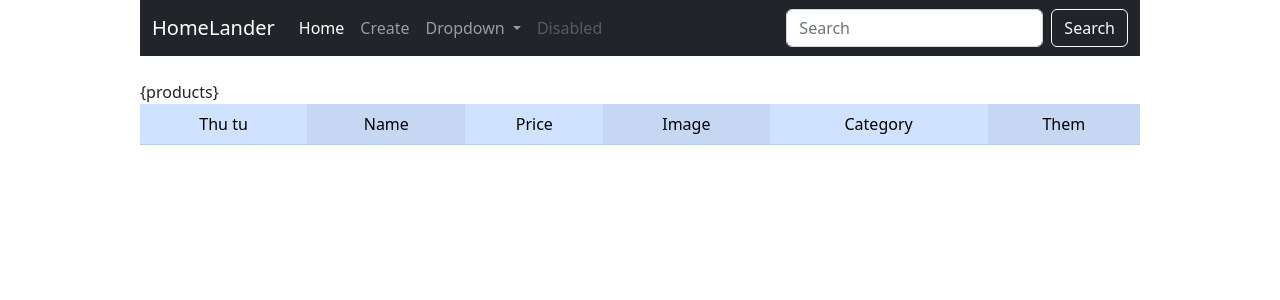
Repository: nguyenhung50497/MD3_CRUD-2Table
Page: src/views/home.html
An editor plug-in stored every save of this project. The page is shown before and after a run of saves, followed by the edit.
The browser window is 1280 px wide. The pictures show the whole page.

Above is the page before, as saved 2022-12-29 08:02:50.

### src/views/home.html
<!doctype html>
<html lang="en">
  <head>
    <meta charset="utf-8">
    <meta name="viewport" content="width=device-width, initial-scale=1">
    <title>Home</title>
    <link href="https://cdn.jsdelivr.net/npm/bootstrap@5.2.3/dist/css/bootstrap.min.css" rel="stylesheet" integrity="sha384-rbsA2VBKQhggwzxH7pPCaAqO46MgnOM80zW1RWuH61DGLwZJEdK2Kadq2F9CUG65" crossorigin="anonymous">
  </head>
  <body>
    <div class="container" style="width: 80%;">
      <nav class="navbar navbar-dark bg-dark navbar-expand-lg">
        <div class="container-fluid">
          <a class="navbar-brand" href="/home">HomeLander</a>
          <button class="navbar-toggler" type="button" data-bs-toggle="collapse" data-bs-target="#navbarSupportedContent" aria-controls="navbarSupportedContent" aria-expanded="false" aria-label="Toggle navigation">
            <span class="navbar-toggler-icon"></span>
          </button>
          <div class="collapse navbar-collapse" id="navbarSupportedContent">
            <ul class="navbar-nav me-auto mb-2 mb-lg-0">
              <li class="nav-item">
                <a class="nav-link active" aria-current="page" href="/home">Home</a>
              </li>
              <li class="nav-item">
                <a class="nav-link" href="/create">Create</a>
              </li>
              <li class="nav-item dropdown">
                <a class="nav-link dropdown-toggle" href="#" role="button" data-bs-toggle="dropdown" aria-expanded="false">
                  Dropdown
                </a>
                <ul class="dropdown-menu">
                  <li><a class="dropdown-item" href="#">Action</a></li>
                  <li><a class="dropdown-item" href="#">Another action</a></li>
                  <li><hr class="dropdown-divider"></li>
                  <li><a class="dropdown-item" href="#">Something else here</a></li>
                </ul>
              </li>
              <li class="nav-item">
                <a class="nav-link disabled">Disabled</a>
              </li>
            </ul>
            <form class="d-flex" role="search" method="post">
              <input class="form-control me-2" name="search" type="search" placeholder="Search" aria-label="Search">
              <button class="btn btn-outline-light" type="submit">Search</button>
            </form>
          </div>
        </div>
      </nav>
      <br>
      <table class="table table-primary table-striped-columns" style="text-align: center;">
        <tr>
            <td>Thu tu</td>
            <td>Name</td>
            <td>Price</td>
            <td>Image</td>
            <td>Category</td>
            <td colspan="2">Them</td>
        </tr>
        <tbody>
        {products}
        </tbody>
      </table>
    </div>
    <script src="https://cdn.jsdelivr.net/npm/bootstrap@5.2.3/dist/js/bootstrap.bundle.min.js" integrity="sha384-kenU1KFdBIe4zVF0s0G1M5b4hcpxyD9F7jL+jjXkk+Q2h455rYXK/7HAuoJl+0I4" crossorigin="anonymous"></script>
  </body>
</html>

After the next 2 saves:
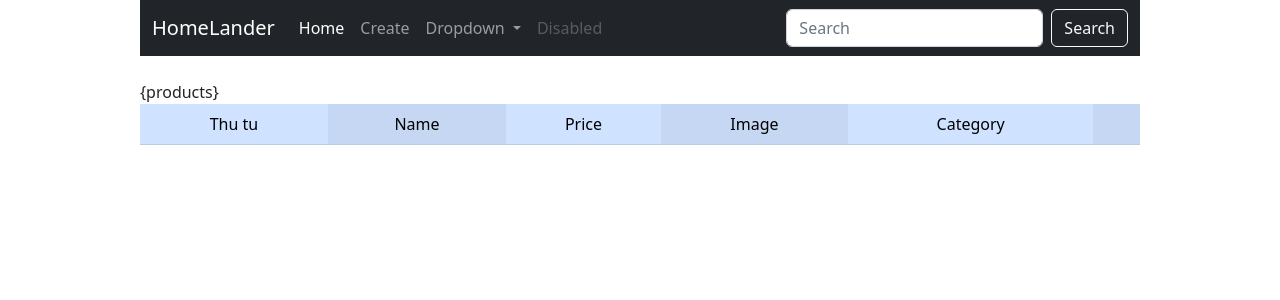
The 2 saves are shown as one change because they came seconds apart.
The last was saved 7 s later.
--- a/src/views/home.html
+++ b/src/views/home.html
@@ -52,7 +52,7 @@
             <td>Price</td>
             <td>Image</td>
             <td>Category</td>
-            <td colspan="2">Them</td>
+            <td colspan="2"></td>
         </tr>
         <tbody>
         {products}
